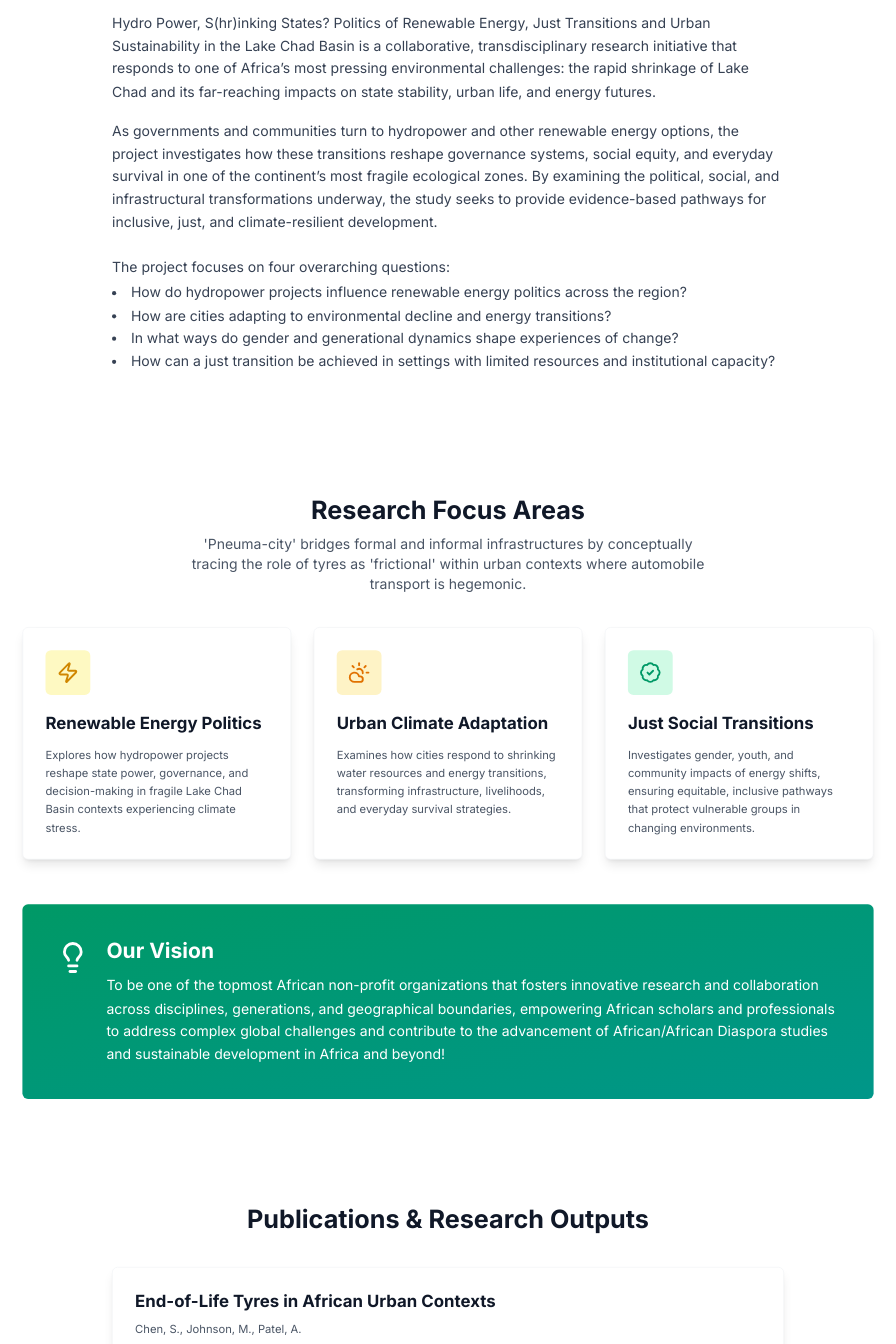
Repository: tiossdav/codesria
Page: /
The author's editor kept a copy of each file at every save. The page is drawn from the files as they stood at one save, then again after the next save.
The browser window is 1280 px wide. The pictures show the part of the page from y = 927 to 2847 px (the page is 5119 px tall), at 70% of full size.
The project was rebuilt for these pictures with package versions that can differ from the ones it lists, and the page was loaded fresh each time. Also part of the build but not shown: vite.config.ts.

Above is the page before, as saved 2025-11-19 20:30:08.

After the next save:
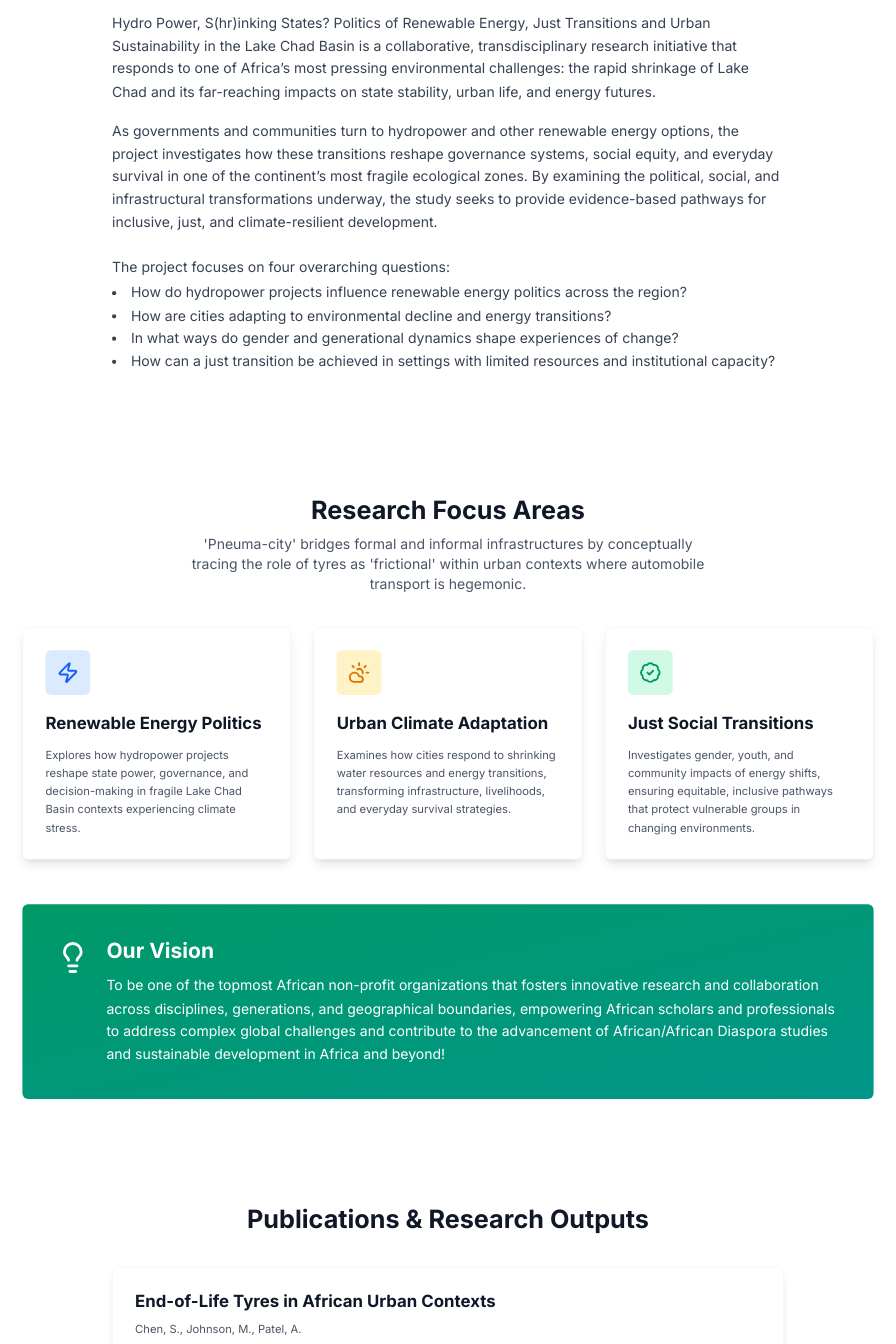
Saved 53 s later.
--- a/src/pages/Research.tsx
+++ b/src/pages/Research.tsx
@@ -22,8 +22,8 @@ function Research() {
 
       <div className="grid md:grid-cols-3 gap-8 mb-16">
         <div className="bg-white p-8 rounded-lg shadow-lg border border-gray-100 hover:shadow-xl transition-shadow">
-          <div className="bg-yellow-100 w-16 h-16 rounded-lg flex items-center justify-center mb-6">
-            <Zap className="h-8 w-8 text-yellow-600" />
+          <div className="bg-blue-100 w-16 h-16 rounded-lg flex items-center justify-center mb-6">
+            <Zap className="h-8 w-8 text-blue-600" />
           </div>
           <h3 className="text-2xl font-bold text-gray-900 mb-4">
             Renewable Energy Politics
